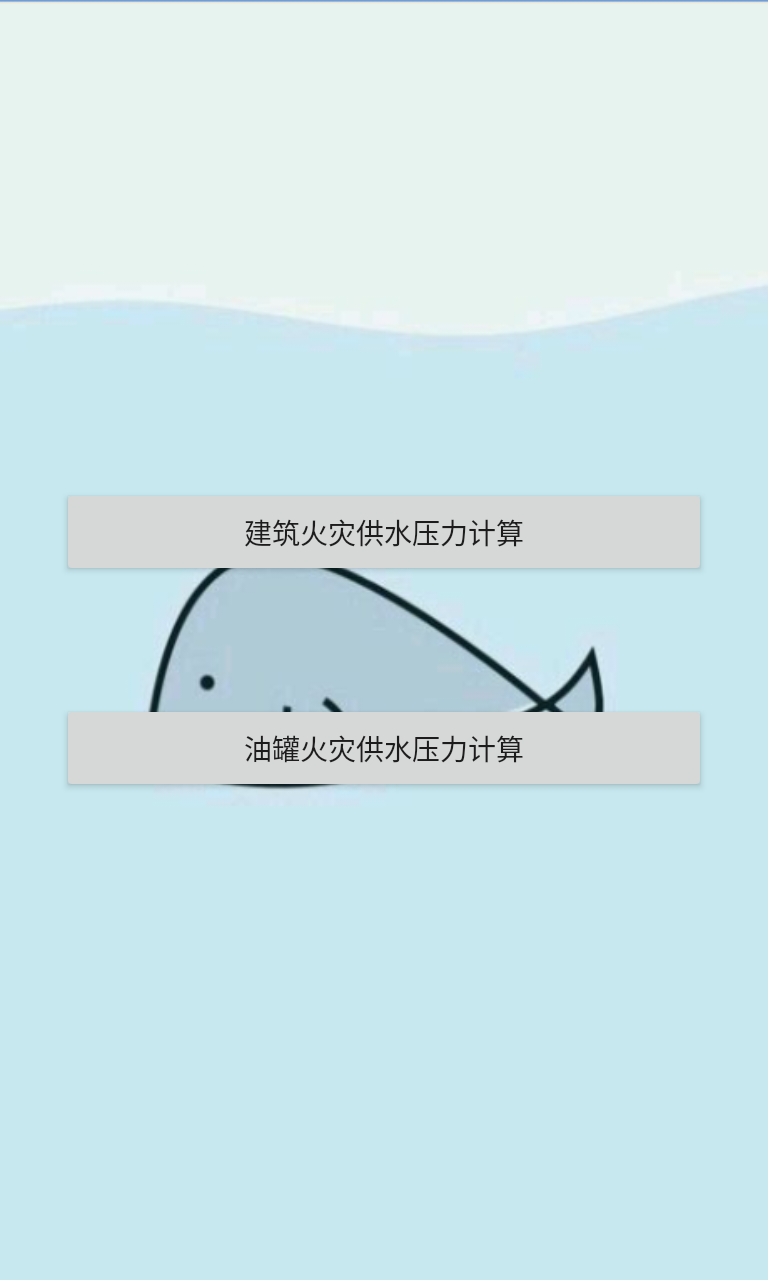
Repository: hohoTT/fireWork_handle_app
Layout: fireWork_handle_app/res/layout/water_power_fire.xml
The author's editor kept a copy of each file at every save. The layout is drawn from the files as they stood at one save, then again after the next save.
It is drawn on a 768 x 1280 px phone screen (xhdpi) without system bars, with theme AppTheme; the app's code is not run.

Above is the layout before, as saved 2016-03-06 11:54:32.

### fireWork_handle_app/res/layout/water_power_fire.xml
<?xml version="1.0" encoding="utf-8"?>
<LinearLayout xmlns:android="http://schemas.android.com/apk/res/android"
    android:layout_width="match_parent"
    android:layout_height="match_parent"
    android:gravity="center_vertical"
    android:orientation="vertical"
    android:background="@drawable/bg1">

	<Button
        android:id="@+id/btu_water_power_fire_building"
	    android:layout_width="match_parent"
	    android:layout_height="wrap_content"
	    android:layout_margin="30dp"
	    android:text="@string/water_power_fire_building" />

    <Button
        android:id="@+id/btu_water_power_fire_oilcan"
	    android:layout_width="match_parent"
	    android:layout_height="wrap_content"
	    android:layout_margin="30dp"
	    android:text="@string/water_power_fire_oilcan" />


</LinearLayout>

### fireWork_handle_app/res/values/strings.xml
<?xml version="1.0" encoding="utf-8"?>
<resources>

    <string name="app_name">fireWork_handle_app</string>
    <string name="fire_calculate">现场计算</string>
    <string name="fire_agent">火灾剂用量计算</string>
    <string name="fire_plan">火灾预案</string>
    <string name="normal_fire">一般火灾计算</string>
    <string name="normal_fire_result">一般火灾用水量计算结果</string>
    <string name="oilcan_fire">油罐火灾情况下的计算</string>
    <string name="olican_fire_water">冷却用水量计算</string>
    <string name="olican_fire_foam">泡沫用量计算</string>
    <string name="olican_fire_water_result">该油罐火灾用水量计算结果</string>
    <string name="oilcan_fire_foam_result">该油罐火灾泡沫用量计算结果</string>
    <string name="water_power">供水压力计算</string>
    <string name="water_power_fire">火场供水压力计算</string>
    <string name="water_power_pump">水泵接合器供水技术计算</string>
    <string name="water_power_fire_building">建筑火灾供水压力计算</string>
    <string name="water_power_fire_building_result">建筑火灾火场供水压力计算结果</string>
    <string name="water_power_fire_oilcan">油罐火灾供水压力计算</string>
    <string name="water_power_fire_oilcan_result">油罐火灾供水压力计算结果</string>
    <string name="water_power_pump_low">建高小于50米的供水压力计算</string>
    <string name="water_power_pump_low_result">建高小于50米的供水压力计算结果</string>
    <string name="water_power_pump_high">建高高于50米的供水压力计算</string>
    <string name="water_power_pump_high_result">建高高于50米的供水压力计算结果</string>


    <string name="btu_water_power">供水压力计算</string>
    <string name="btu_oilcan_fire">油罐火灾计算</string>
    <string name="fire_area">请输入过火面积</string>
    <string name="olican_diameter">请输入油罐直径</string>
    <string name="text_olican_type">请选择您需要计算的油罐类型:</string>
    <string name="olican_type_fixed">固定顶油罐</string>
    <string name="olican_type_drift">浮顶油罐</string>
    <string name="olican_fire_foam_area">请输入油罐的燃烧面积</string>
    <string name="olican_fire_foam_flow">请输入流量</string>
    <string name="water_power_fire_building_count_feeder">请输入一条干线支线的数量</string>
    <string name="water_power_fire_building_count_groundline_band">请输入一条干线水带数量</string>
    <string name="water_power_fire_building_count_feeder_band">请输入一条支线水带数量</string>
    <string name="water_power_fire_building_height">请输入高度差</string>

    <string name="water_power_fire_oilcan_count_feeder">请输入一条干线支线的数量</string>
    <string name="water_power_fire_oilcan_count_groundline_band">请输入一条干线水带数量</string>
    <string name="water_power_fire_oilcan_count_feeder_band">请输入一条支线水带数量</string>
    <string name="water_power_fire_oilcan_height">请输入高度差</string>
    <string name="water_power_pump_low_height">请输入建筑高度(小于50米)</string>
    <string name="water_power_pump_high_height">请输入建筑高度(大于50米)</string>



    <string name="text_water">一般火灾中每秒的用水量为 : </string>
    <string name="text_fire_time">10吨消防车可持续灭火的时间为 : </string>
    <string name="text_oilcan_fire_water">该油罐火灾中每秒的用水量为 : </string>
    <string name="text_oilcan_fire_foam_water">该油罐火灾中水的用量为 : </string>
    <string name="text_oilcan_fire_form_stoste">该油罐火灾中泡沫原液的用量为 : </string>
    <string name="text_water_power_fire_building_65">65mm水带建筑火灾的供水压力为 : </string>
    <string name="text_water_power_fire_building_80">80mm水带建筑火灾的供水压力为 : </string>
    <string name="text_water_power_fire_oilcan_65">65mm水带油罐火灾的供水压力为 : </string>
    <string name="text_water_power_fire_oilcan_80">80mm水带油罐火灾的供水压力为 :</string>
    <string name="test_water_power_pump_low_height">该建筑高度下的供水压力为 :</string>
    <string name="test_water_power_pump_high_height">该建筑高度下的供水压力为 :</string>


    <string name="btn_send">提交</string>

    <string name="hello_world">Hello world!</string>
    <string name="action_settings">Settings</string>





</resources>

### fireWork_handle_app/res/drawable/shape_one.xml
<?xml version="1.0" encoding="utf-8"?>
<shape
    xmlns:android="http://schemas.android.com/apk/res/android"

  android:shape="oval">

    <!-- 填充的颜色 -->

    <solid android:color="#EED5B7"/>

     <!-- 设置按钮的四个角为弧形 -->

     <!-- android:radius 弧形的半径 -->

     <corners android:radius="360dip"/>



     <!-- padding: Button 里面的文字与Button边界的间隔 -->

     <padding

        android:left="10dp"

        android:top="10dp"

        android:right="10dp"

        android:bottom="10dp"

     />

</shape>

### fireWork_handle_app/res/drawable/shape_two.xml
<?xml version="1.0" encoding="utf-8"?>
<shape
    xmlns:android="http://schemas.android.com/apk/res/android"

  android:shape="oval">

    <!-- 填充的颜色 -->

    <solid android:color="#CAFF70"/>

     <!-- 设置按钮的四个角为弧形 -->

     <!-- android:radius 弧形的半径 -->

     <corners android:radius="360dip"/>



     <!-- padding: Button 里面的文字与Button边界的间隔 -->

     <padding

        android:left="10dp"

        android:top="10dp"

        android:right="10dp"

        android:bottom="10dp"

     />

</shape>

Loaded but not shown: fireWork_handle_app/res/values/styles.xml (common file); fireWork_handle_app/res/values-v11/styles.xml (common file); fireWork_handle_app/res/values-v14/styles.xml (common file)

After the next save:
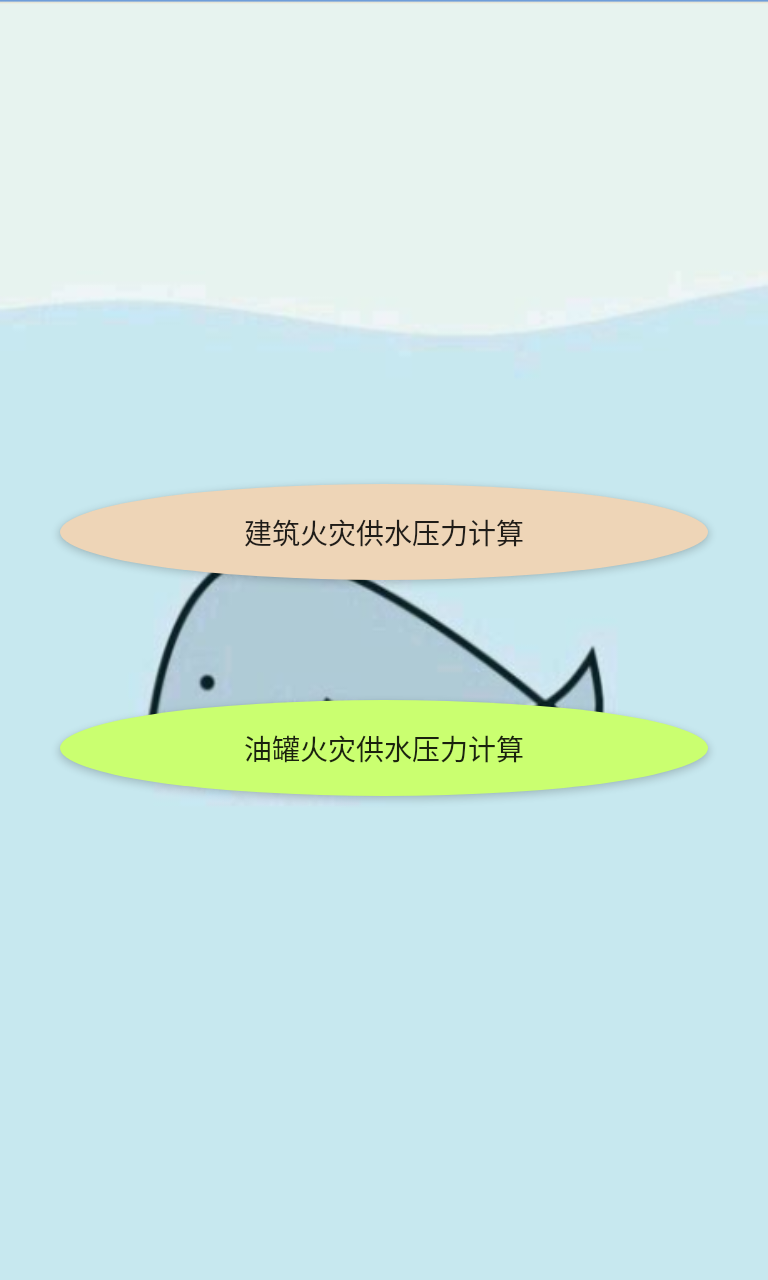
Saved 61 s later.
--- a/fireWork_handle_app/res/layout/water_power_fire.xml
+++ b/fireWork_handle_app/res/layout/water_power_fire.xml
@@ -11,14 +11,16 @@
 	    android:layout_width="match_parent"
 	    android:layout_height="wrap_content"
 	    android:layout_margin="30dp"
-	    android:text="@string/water_power_fire_building" />
+	    android:text="@string/water_power_fire_building"
+	    android:background="@drawable/shape_one" />
 
     <Button
         android:id="@+id/btu_water_power_fire_oilcan"
 	    android:layout_width="match_parent"
 	    android:layout_height="wrap_content"
 	    android:layout_margin="30dp"
-	    android:text="@string/water_power_fire_oilcan" />
+	    android:text="@string/water_power_fire_oilcan"
+	    android:background="@drawable/shape_two" />
 
 
 </LinearLayout>
